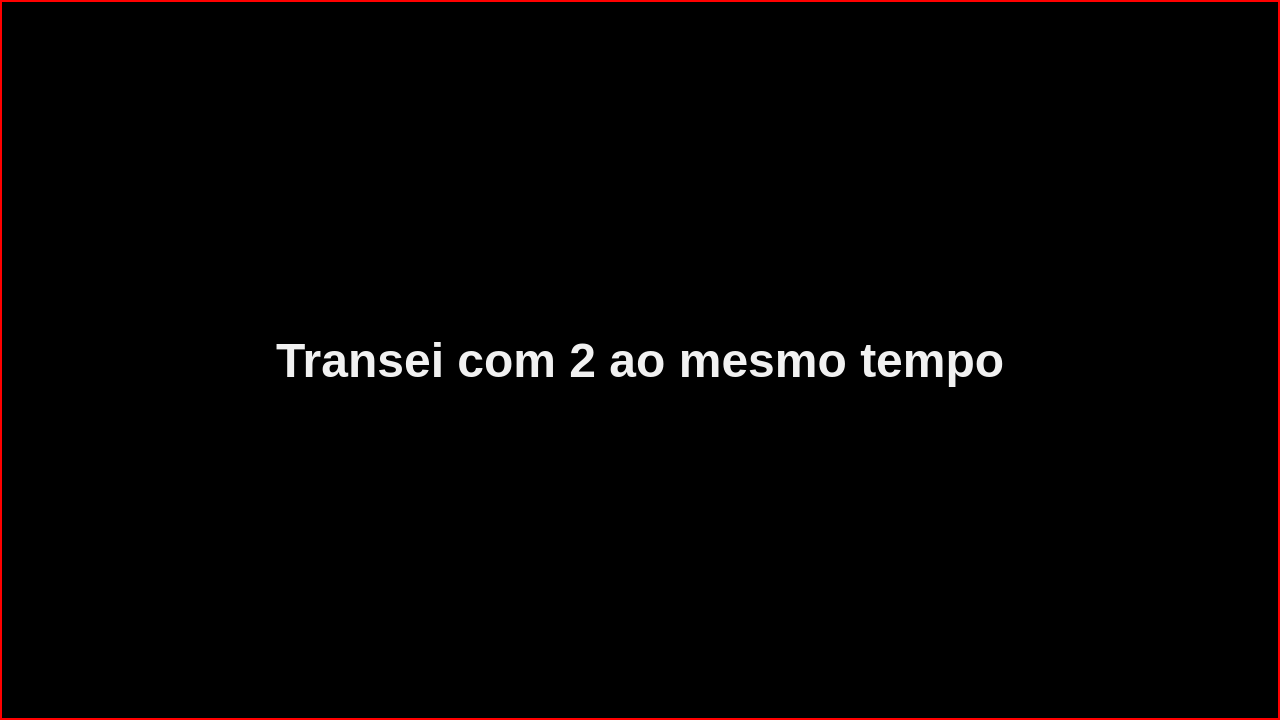
Repository: odiloalmeida/inever
Page: index.html
The author's editor kept a copy of each file at every save. The page is drawn from the files as they stood at one save, then again after the next save.
The browser window is 1280 px wide. The pictures show the whole page.
After loading, the first visible `#myButton` was clicked once.

Above is the page before, as saved 2023-01-31 21:46:57.

### index.html
<!DOCTYPE html>
<html lang="en">
<head>
    <meta charset="UTF-8">
    <meta http-equiv="X-UA-Compatible" content="IE=edge">
    <meta name="viewport" content="width=device-width, initial-scale=1.0">
    <link rel="icon" type="image/svg+xml" href="https://cdn-icons-png.flaticon.com/512/5181/5181956.png" />
    <link rel="stylesheet" href="./style.css">
    <title>18+ I Never</title>

</head>

<body>
    <button id="myButton" onclick="changeButtonName()">
        <span>EU NUNCA</span>
        <br>
        <span3>&#128293</span3>
        <span2>+18</span2>
        <span3>&#128293</span3>
    </button>
</body>

<script>

    function changeButtonName() {
        var button = document.getElementById("myButton");

        var names = ["Beijei alguém dessa turma",
        "Senti atração por alguém dessa turma",
        "Tomei banho pelado na praia/piscina",
        "Fiquei com um professor",
        "Fiquei com um amigo e me arrependi",
        "Fiquei com um amigo e não disse pra ninguém",
        "Menti sobre ter ficado com uma pessoa",
        "Bebi tanto que beijei alguém que não queria",
        "Bebi tanto que esqueci tudo no outro dia",
        "Vi um nudes de alguém dessa turma",
        "Desejei o namorado(a) de um amigo",
        "Fiquei com alguém por interesse",
        "Acelerei o ato sexual por que o oral estava ruim",
        "Bebi pra ter coragem de chegar numa pessoa",
        "Transei na escola ou faculdade",
        "Transei no chão",
        "Fiz sexo oral enquanto a pessoa trabalhava",
        "Fiz sexo oral enquanto a pessoa dirigia",
        "Usei fantasias sexuais",
        "Usei plug anal",
        "Usei um vibrador",
        "Fiquei com alguém depois neguei pra todo mundo",
        "Disse pra uma pessoa que a amava sem amar",
        "Transei no carro",
        "Broxei no meio do ato sexual",
        "Desisti de ficar com uma pessoa por que ela estava fedendo",
        "Fui chupar e estava fedendo muito e desisti",
        "Me masturbei depois do ato sexual por que não conseguir “chegar lá” com o parceiro",
        "Fiquei com dois amigos ao mesmo tempo sem eles saberem",
        "Parei o ato sexual para ir fazer xixi",
        "Fiz a chuca",
        "Transei na rua",
        "Paguei por sexo",
        "Fiz sexo por dinheiro",
        "Dei um beijo triplo",
        "Voltaria com um ex",
        "Fiquei com uma pessoa em um lugar e logo em seguida fui para outro lugar ficar com outra",
        "Tirei fotos pelado(a)",
        "Fiquei com alguém para fazer ciúme a outro",
        "Sofri por amor",
        "Sofri por ficante",
        "Espiei alguém tomando banho",
        "Tomei banho com alguém",
        "Enfiei o dedo no orifício de alguém (kkkk)",
        "Eu nunca fiquei com um amigo do meu amigo eme arrependi",
        "Eu nunca tive uma DST",
        "Eu já desejei a mãe de um amigo",
        "Eu já desejei o pai de um amigo",
        "Já beixei alguém do mesmo sexo",
        "Já deixei chuparem minha porta dos fundos",
        "Já questionei a minha sexualidade",
        "Já fiz goldenshower",
        "Já desisti do sexo quando vi o tamanho do instrumento",
        "Fumei um",
        "Cheirei cocaina",
        "Usei LSD",
        "Passei comida no parceiro",
        "Troquei o nome da pessoa na hora H",
        "Fiquei com uma pensando em outra",
        "Fatei aula pra ficar com alguém",
        "Menti nesse jogo",
        "Disse que estava doente para nao transar",
        "Fiquei com professor",
        "Fiquei com alguém por gratidão",
        "Tive tara em mãos",
        "Tive tara em pés",
        "Tive tara em ruivas",
        "Fui amordaçado",
        "Fui algemado",
        "Fui chicoteado",
        "Bati de mais em alguém na hora H e fiquei com medo",
        "Vomitei na hora H",
        "Fiz sexo na praia",
        "Fiz sexo na moto",
        "Fiz sexo na bicicleta",
        "Chupei outro por tabela",
        "Fiz oral em um e depois beijei a boca de outro",
        "Transei com 2 ao mesmo tempo",
        "Transei com mais de 3 ao mesmo tempo",
        "Ja fiquei com duas pessoas do mesmo sexo, ao mesmo tempo",
        "Cherei loló",
        "Fumei cigarro",
        "Tive como alcoólico",
        "Tive amnésia alcoólica",
        "Dormi bebado no chão",
        "Mijei em mim, estando bebado",
        "Vomitei em mim, estando bebado",
        "Beijei alguém que eu odiava",
        "Fiquei com um Ex antigo e me arrependi (Foi horrível)",
        "Tive flashback com mais de um EX",
        "Tive um PA",
        "Fiquei com um(a) PM",
        "Subi numa mesa bebado",
        "Fiquei com alguém da boca podre",
        "Já caguei o pau (literalmente)",
        "Já cai de bicicleta",
        "Quebrei um osso (Beba uma dose por osso)",
        "Já talariquei mulher de amigo (Uma dose por mulher)",
        "Já talariquei marido de amiga (Uma dose por homem)",
        "Já beijei um mendigo",
        "Já fiz dentro do mar",
        "Ja fiz dentro do tanque",
        "Pedi alguém em casamento",
        "Já me juntei com conjugue",
        "Já fui CORNO(A)",
        "Atirei com arma de fogo",
        "Dê uma pausa de 15min, para não embriagar",
        "Durei menos de 2 min no sexo",
        "Fiz gosar em menos de 2min",
        "Pensei em me prostituir",
        "Tomei remédio TARJA PRETA"



        ];

        var randomName = names[Math.floor(Math.random() * names.length)];
        button.innerHTML = randomName;
    }

</script>

</html>

### style.css
* {
    padding: 0;
    margin: 0;
    box-sizing: border-box;
}

body {
    width: 100vw;
    height: 100vh;
    background-color: #000;
    display: flex;
    flex-direction: column;
    align-items: center;
    justify-content: center;
}

button {
    background-color: transparent;
    height: 100vh;
    width: 100vw;
    border: red 2px solid;
    font-weight: bold;
    font-size: 3rem;
    padding: 5px;
    color: #f1f1f1;
}

button span {
    background-image: linear-gradient(to bottom,#800000,#8B0000, red, yellow);
    background-clip: text;
    -webkit-background-clip: text;
    -webkit-text-fill-color: transparent;
    color: black;
    font-size: 3.3rem;
    font-weight: 900;
}

button span2 {
    color: #fff;
    font-size: 5rem;
}

After the next save:
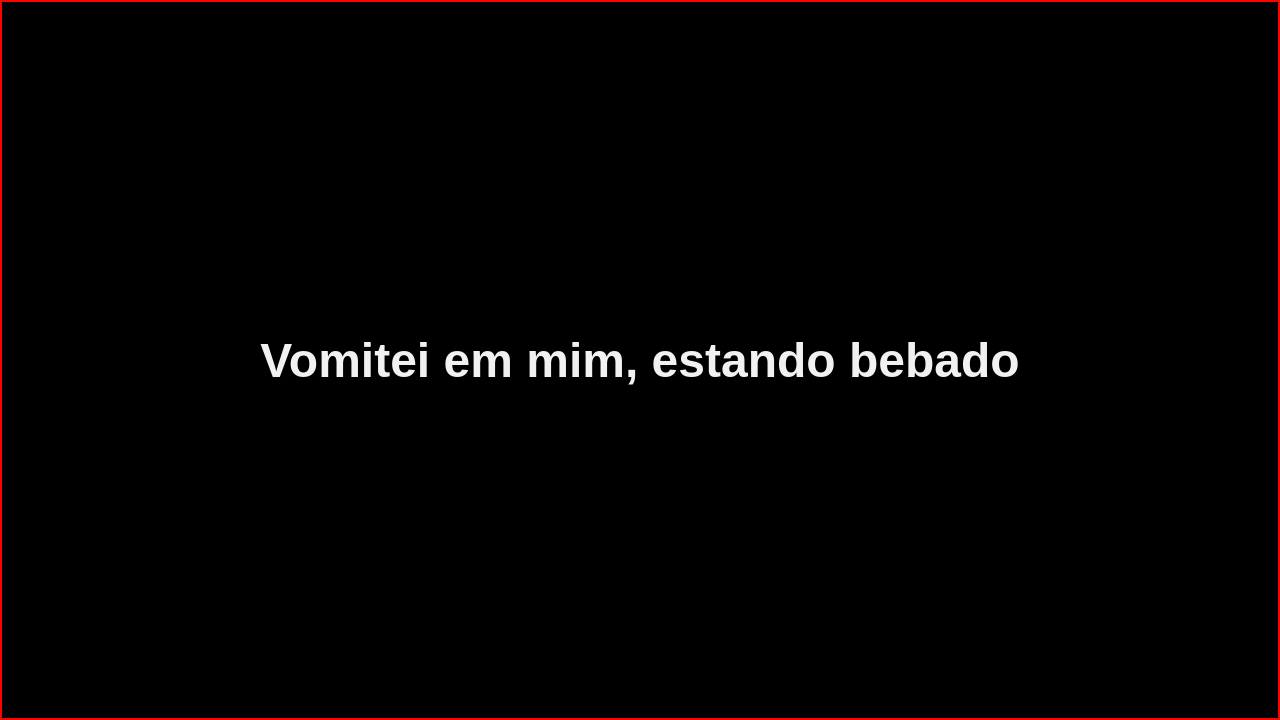
Saved 7 min 28 s later.
--- a/index.html
+++ b/index.html
@@ -135,7 +135,20 @@
         "Durei menos de 2 min no sexo",
         "Fiz gosar em menos de 2min",
         "Pensei em me prostituir",
-        "Tomei remédio TARJA PRETA"
+        "Tomei remédio TARJA PRETA",
+        "Quando de maior, senti atração por 15-",
+        "Dormi sujo",
+        "Passei o dia sem tomar banho",
+        "Passei dois dias sem tomar banho",
+        "Passei mais de 36h acordado",
+        "Levei pão de manhã para casa, após o rolê",
+        "Bebi mais de 2L em uma noite",
+        "Desejei minha cunhada",
+        "Transei com alguém na escada",
+        "Já botei atrás  depois na frente",
+        "Cai da arvore",
+        "Me feri gravemente",
+        "Imaginei alguém dessa turma pelado"
 
 
 
